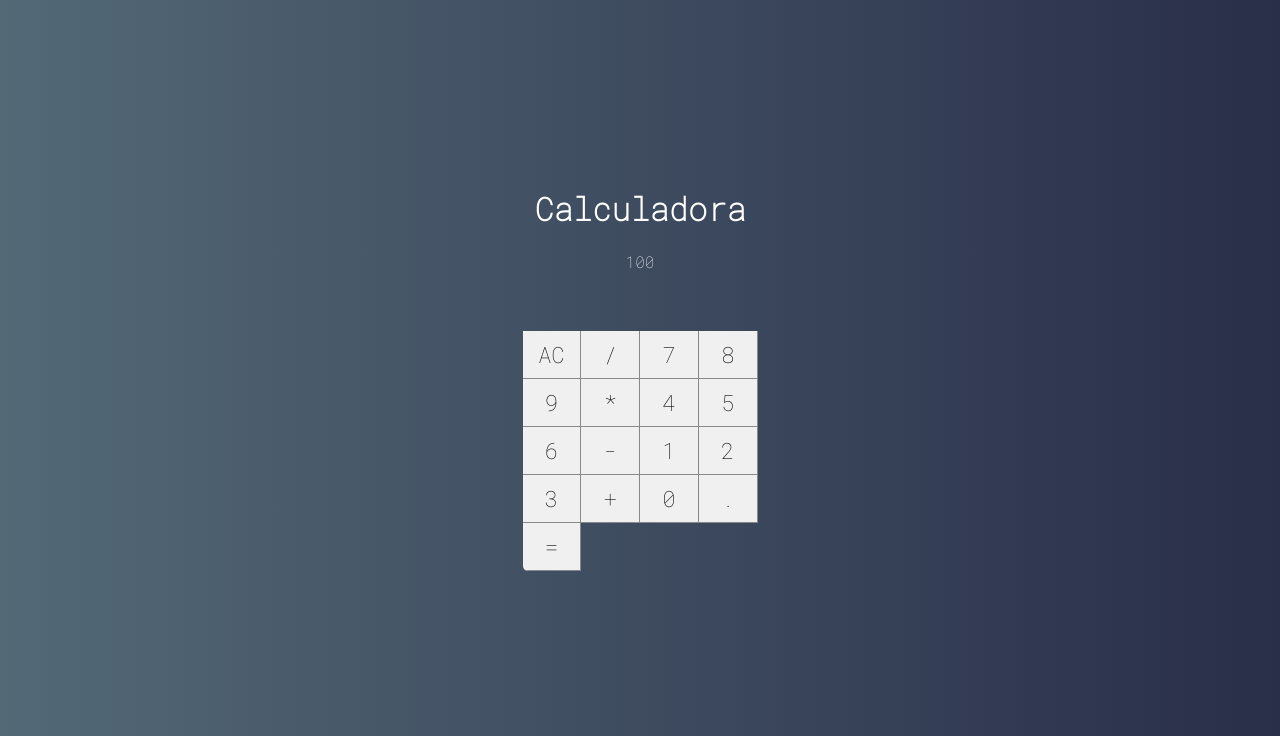
Repository: jean-siqueira/react-calculadora
Page: /
These files come from the project's save history. The page is drawn as it stood at one moment and after the next save; the edit follows.
The browser window is 1280 px wide. The pictures show the whole page.
The project was rebuilt for these pictures with package versions that can differ from the ones it lists, and the page was loaded fresh each time.

Above is the page before, as saved 2023-03-25 12:30:20.

After the next save:
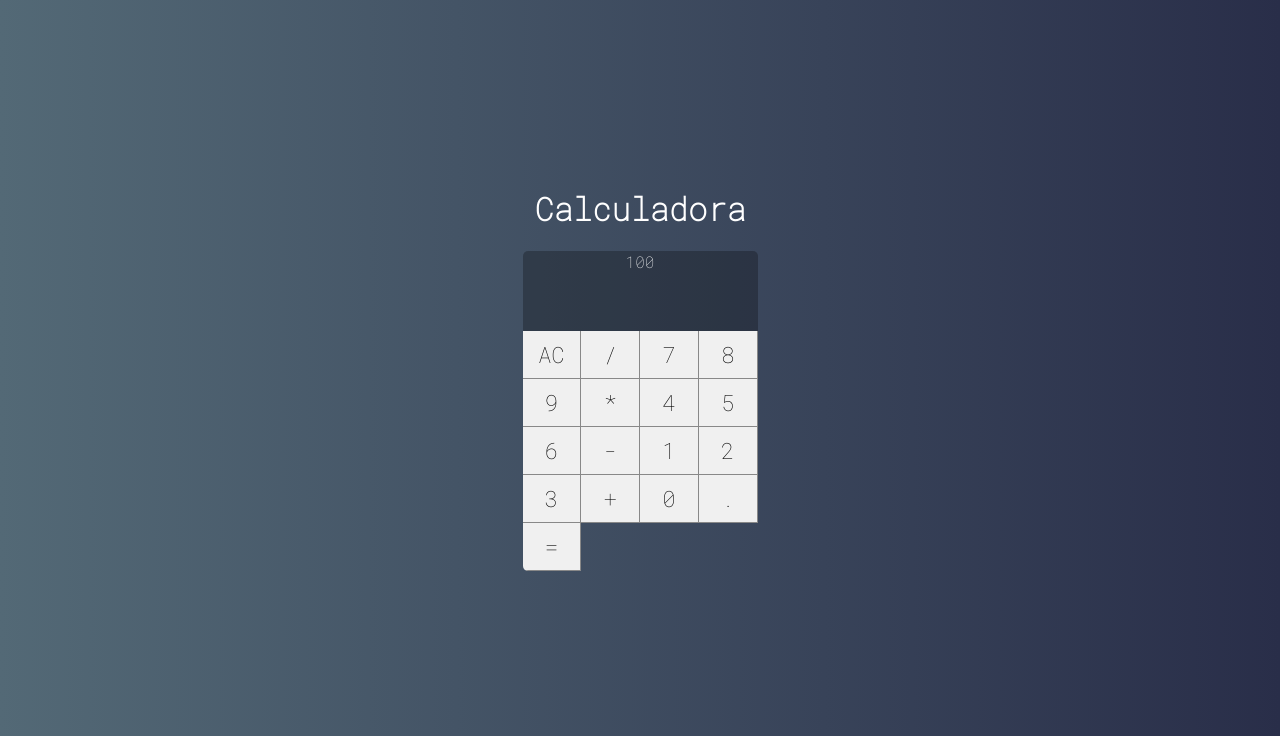
Saved 20 s later.
--- a/src/components/Display.css
+++ b/src/components/Display.css
@@ -1,3 +1,4 @@
 .display {
     grid-column: span 4;
+    background-color: #0004;
 }
